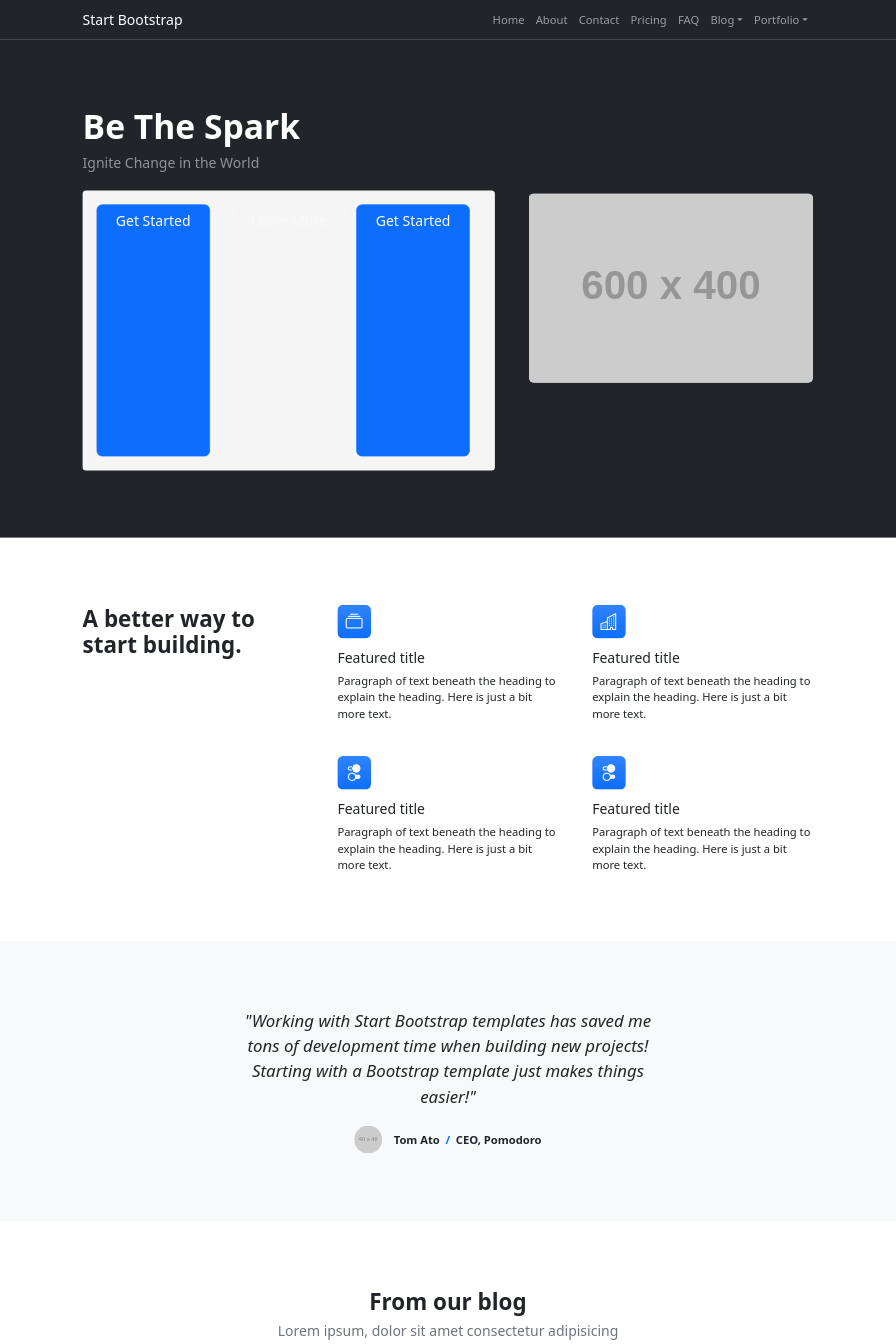
Repository: DragonFruit8/BeTheSpark
Page: index.html
An editor plug-in stored every save of this project. The page is shown before and after a run of saves, followed by the edit.
The browser window is 1280 px wide. The pictures show the part of the page from y = 0 to 1920 px (the page is 2912 px tall), at 70% of full size.

Above is the page before, as saved 2024-01-05 08:16:55.

### index.html
<!DOCTYPE html>
<html lang="en">
    <head>
        <meta charset="utf-8" />
        <meta name="viewport" content="width=device-width, initial-scale=1, shrink-to-fit=no" />
        <meta name="description" content="" />
        <meta name="author" content="" />
        <title>Modern Business - Start Bootstrap Template</title>
        <!-- Favicon-->
        <link rel="icon" type="image/x-icon" href="assets/favicon.ico" />
        <!-- Bootstrap icons-->
        <link href="https://cdn.jsdelivr.net/npm/bootstrap-icons@1.5.0/font/bootstrap-icons.css" rel="stylesheet" />
        <!-- Core theme CSS (includes Bootstrap)-->
        <link href="css/styles.css" rel="stylesheet" />
        <link href="css/home.css" rel="stylesheet" />
    </head>
    <body class="d-flex flex-column h-100">
        <main class="flex-shrink-0">
            <!-- Navigation-->
            <nav class="navbar navbar-expand-lg navbar-dark bg-dark">
                <div class="container px-5">
                    <a class="navbar-brand" href="index.html">Start Bootstrap</a>
                    <button class="navbar-toggler" type="button" data-bs-toggle="collapse" data-bs-target="#navbarSupportedContent" aria-controls="navbarSupportedContent" aria-expanded="false" aria-label="Toggle navigation"><span class="navbar-toggler-icon"></span></button>
                    <div class="collapse navbar-collapse" id="navbarSupportedContent">
                        <ul class="navbar-nav ms-auto mb-2 mb-lg-0">
                            <li class="nav-item"><a class="nav-link" href="index.html">Home</a></li>
                            <li class="nav-item"><a class="nav-link" href="about.html">About</a></li>
                            <li class="nav-item"><a class="nav-link" href="contact.html">Contact</a></li>
                            <li class="nav-item"><a class="nav-link" href="pricing.html">Pricing</a></li>
                            <li class="nav-item"><a class="nav-link" href="faq.html">FAQ</a></li>
                            <li class="nav-item dropdown">
                                <a class="nav-link dropdown-toggle" id="navbarDropdownBlog" href="#" role="button" data-bs-toggle="dropdown" aria-expanded="false">Blog</a>
                                <ul class="dropdown-menu dropdown-menu-end" aria-labelledby="navbarDropdownBlog">
                                    <li><a class="dropdown-item" href="blog-home.html">Blog Home</a></li>
                                    <li><a class="dropdown-item" href="blog-post.html">Blog Post</a></li>
                                </ul>
                            </li>
                            <li class="nav-item dropdown">
                                <a class="nav-link dropdown-toggle" id="navbarDropdownPortfolio" href="#" role="button" data-bs-toggle="dropdown" aria-expanded="false">Portfolio</a>
                                <ul class="dropdown-menu dropdown-menu-end" aria-labelledby="navbarDropdownPortfolio">
                                    <li><a class="dropdown-item" href="portfolio-overview.html">Portfolio Overview</a></li>
                                    <li><a class="dropdown-item" href="portfolio-item.html">Portfolio Item</a></li>
                                </ul>
                            </li>
                        </ul>
                    </div>
                </div>
            </nav>
            <!-- Header-->
            <header class="bg-dark py-5">
                <div class="container px-5">
                    <div class="row gx-5 align-items-center justify-content-center">
                        <div class="col-lg-8 col-xl-7 col-xxl-6">
                            <div class="my-5 text-center text-xl-start">
                                <h1 class="display-5 fw-bolder text-white mb-2">Be The Spark</h1>
                                <p class="lead fw-normal text-white-50 mb-4">Ignite Change in the World</p>
                                <div id="CTA" class="d-grid gap-3 d-sm-flex justify-content-sm-center justify-content-xl-start">
                                    <a class="btn btn-primary w-100 h-100 btn-lg px-4 me-sm-3" href="#features">Get Started</a>
                                    <a class="btn btn-outline-light w-100 h-100 btn-lg px-4" href="#!">Learn More</a>
                                    <a class="btn btn-primary btn-lg w-100 h-100 px-4 me-sm-3" href="#features">Get Started</a>
                                </div>
                            </div>
                        </div>
                        <div class="col-xl-5 col-xxl-6 d-none d-xl-block text-center"><img class="img-fluid rounded-3 my-5" src="https://dummyimage.com/600x400/343a40/6c757d" alt="..." /></div>
                    </div>
                </div>
            </header>
            <!-- Features section-->
            <section class="py-5" id="features">
                <div class="container px-5 my-5">
                    <div class="row gx-5">
                        <div class="col-lg-4 mb-5 mb-lg-0"><h2 class="fw-bolder mb-0">A better way to start building.</h2></div>
                        <div class="col-lg-8">
                            <div class="row gx-5 row-cols-1 row-cols-md-2">
                                <div class="col mb-5 h-100">
                                    <div class="feature bg-primary bg-gradient text-white rounded-3 mb-3"><i class="bi bi-collection"></i></div>
                                    <h2 class="h5">Featured title</h2>
                                    <p class="mb-0">Paragraph of text beneath the heading to explain the heading. Here is just a bit more text.</p>
                                </div>
                                <div class="col mb-5 h-100">
                                    <div class="feature bg-primary bg-gradient text-white rounded-3 mb-3"><i class="bi bi-building"></i></div>
                                    <h2 class="h5">Featured title</h2>
                                    <p class="mb-0">Paragraph of text beneath the heading to explain the heading. Here is just a bit more text.</p>
                                </div>
                                <div class="col mb-5 mb-md-0 h-100">
                                    <div class="feature bg-primary bg-gradient text-white rounded-3 mb-3"><i class="bi bi-toggles2"></i></div>
                                    <h2 class="h5">Featured title</h2>
                                    <p class="mb-0">Paragraph of text beneath the heading to explain the heading. Here is just a bit more text.</p>
                                </div>
                                <div class="col h-100">
                                    <div class="feature bg-primary bg-gradient text-white rounded-3 mb-3"><i class="bi bi-toggles2"></i></div>
                                    <h2 class="h5">Featured title</h2>
                                    <p class="mb-0">Paragraph of text beneath the heading to explain the heading. Here is just a bit more text.</p>
                                </div>
                            </div>
                        </div>
                    </div>
                </div>
            </section>
            <!-- Testimonial section-->
            <div class="py-5 bg-light">
                <div class="container px-5 my-5">
                    <div class="row gx-5 justify-content-center">
                        <div class="col-lg-10 col-xl-7">
                            <div class="text-center">
                                <div class="fs-4 mb-4 fst-italic">"Working with Start Bootstrap templates has saved me tons of development time when building new projects! Starting with a Bootstrap template just makes things easier!"</div>
                                <div class="d-flex align-items-center justify-content-center">
                                    <img class="rounded-circle me-3" src="https://dummyimage.com/40x40/ced4da/6c757d" alt="..." />
                                    <div class="fw-bold">
                                        Tom Ato
                                        <span class="fw-bold text-primary mx-1">/</span>
                                        CEO, Pomodoro
                                    </div>
                                </div>
                            </div>
                        </div>
                    </div>
                </div>
            </div>
            <!-- Blog preview section-->
            <section class="py-5">
                <div class="container px-5 my-5">
                    <div class="row gx-5 justify-content-center">
                        <div class="col-lg-8 col-xl-6">
                            <div class="text-center">
                                <h2 class="fw-bolder">From our blog</h2>
                                <p class="lead fw-normal text-muted mb-5">Lorem ipsum, dolor sit amet consectetur adipisicing elit. Eaque fugit ratione dicta mollitia. Officiis ad.</p>
                            </div>
                        </div>
                    </div>
                    <div class="row gx-5">
                        <div class="col-lg-4 mb-5">
                            <div class="card h-100 shadow border-0">
                                <img class="card-img-top" src="https://dummyimage.com/600x350/ced4da/6c757d" alt="..." />
                                <div class="card-body p-4">
                                    <div class="badge bg-primary bg-gradient rounded-pill mb-2">News</div>
                                    <a class="text-decoration-none link-dark stretched-link" href="#!"><h5 class="card-title mb-3">Blog post title</h5></a>
                                    <p class="card-text mb-0">Some quick example text to build on the card title and make up the bulk of the card's content.</p>
                                </div>
                                <div class="card-footer p-4 pt-0 bg-transparent border-top-0">
                                    <div class="d-flex align-items-end justify-content-between">
                                        <div class="d-flex align-items-center">
                                            <img class="rounded-circle me-3" src="https://dummyimage.com/40x40/ced4da/6c757d" alt="..." />
                                            <div class="small">
                                                <div class="fw-bold">Kelly Rowan</div>
                                                <div class="text-muted">March 12, 2023 &middot; 6 min read</div>
                                            </div>
                                        </div>
                                    </div>
                                </div>
                            </div>
                        </div>
                        <div class="col-lg-4 mb-5">
                            <div class="card h-100 shadow border-0">
                                <img class="card-img-top" src="https://dummyimage.com/600x350/adb5bd/495057" alt="..." />
                                <div class="card-body p-4">
                                    <div class="badge bg-primary bg-gradient rounded-pill mb-2">Media</div>
                                    <a class="text-decoration-none link-dark stretched-link" href="#!"><h5 class="card-title mb-3">Another blog post title</h5></a>
                                    <p class="card-text mb-0">This text is a bit longer to illustrate the adaptive height of each card. Some quick example text to build on the card title and make up the bulk of the card's content.</p>
                                </div>
                                <div class="card-footer p-4 pt-0 bg-transparent border-top-0">
                                    <div class="d-flex align-items-end justify-content-between">
                                        <div class="d-flex align-items-center">
                                            <img class="rounded-circle me-3" src="https://dummyimage.com/40x40/ced4da/6c757d" alt="..." />
                                            <div class="small">
                                                <div class="fw-bold">Josiah Barclay</div>
                                                <div class="text-muted">March 23, 2023 &middot; 4 min read</div>
                                            </div>
                                        </div>
                                    </div>
                                </div>
                            </div>
                        </div>
                        <div class="col-lg-4 mb-5">
                            <div class="card h-100 shadow border-0">
                                <img class="card-img-top" src="https://dummyimage.com/600x350/6c757d/343a40" alt="..." />
                                <div class="card-body p-4">
                                    <div class="badge bg-primary bg-gradient rounded-pill mb-2">News</div>
                                    <a class="text-decoration-none link-dark stretched-link" href="#!"><h5 class="card-title mb-3">The last blog post title is a little bit longer than the others</h5></a>
                                    <p class="card-text mb-0">Some more quick example text to build on the card title and make up the bulk of the card's content.</p>
                                </div>
                                <div class="card-footer p-4 pt-0 bg-transparent border-top-0">
                                    <div class="d-flex align-items-end justify-content-between">
                                        <div class="d-flex align-items-center">
                                            <img class="rounded-circle me-3" src="https://dummyimage.com/40x40/ced4da/6c757d" alt="..." />
                                            <div class="small">
                                                <div class="fw-bold">Evelyn Martinez</div>
                                                <div class="text-muted">April 2, 2023 &middot; 10 min read</div>
                                            </div>
                                        </div>
                                    </div>
                                </div>
                            </div>
                        </div>
                    </div>
                    <!-- Call to action-->
                    <aside class="bg-primary bg-gradient rounded-3 p-4 p-sm-5 mt-5">
                        <div class="d-flex align-items-center justify-content-between flex-column flex-xl-row text-center text-xl-start">
                            <div class="mb-4 mb-xl-0">
                                <div class="fs-3 fw-bold text-white">New products, delivered to you.</div>
                                <div class="text-white-50">Sign up for our newsletter for the latest updates.</div>
                            </div>
                            <div class="ms-xl-4">
                                <div class="input-group mb-2">
                                    <input class="form-control" type="text" placeholder="Email address..." aria-label="Email address..." aria-describedby="button-newsletter" />
                                    <button class="btn btn-outline-light" id="button-newsletter" type="button">Sign up</button>
                                </div>
                                <div class="small text-white-50">We care about privacy, and will never share your data.</div>
                            </div>
                        </div>
                    </aside>
                </div>
            </section>
        </main>
        <!-- Footer-->
        <footer class="bg-dark py-4 mt-auto">
            <div class="container px-5">
                <div class="row align-items-center justify-content-between flex-column flex-sm-row">
                    <div class="col-auto"><div class="small m-0 text-white">Copyright &copy; Your Website 2023</div></div>
                    <div class="col-auto">
                        <a class="link-light small" href="#!">Privacy</a>
                        <span class="text-white mx-1">&middot;</span>
                        <a class="link-light small" href="#!">Terms</a>
                        <span class="text-white mx-1">&middot;</span>
                        <a class="link-light small" href="#!">Contact</a>
                    </div>
                </div>
            </div>
        </footer>
        <!-- Bootstrap core JS-->
        <script src="https://cdn.jsdelivr.net/npm/bootstrap@5.2.3/dist/js/bootstrap.bundle.min.js"></script>
        <!-- Core theme JS-->
        <script src="js/scripts.js"></script>
    </body>
</html>

### css/home.css
#CTA{
    height:400px;
    background-color: #f5f5f5;
    padding: 20px;
    margin-top: 20px;
    margin-bottom: 20px;
    border-radius: 5px;
}

Loaded but not shown: css/styles.css (library); js/scripts.js (common file)

After the next 3 saves:
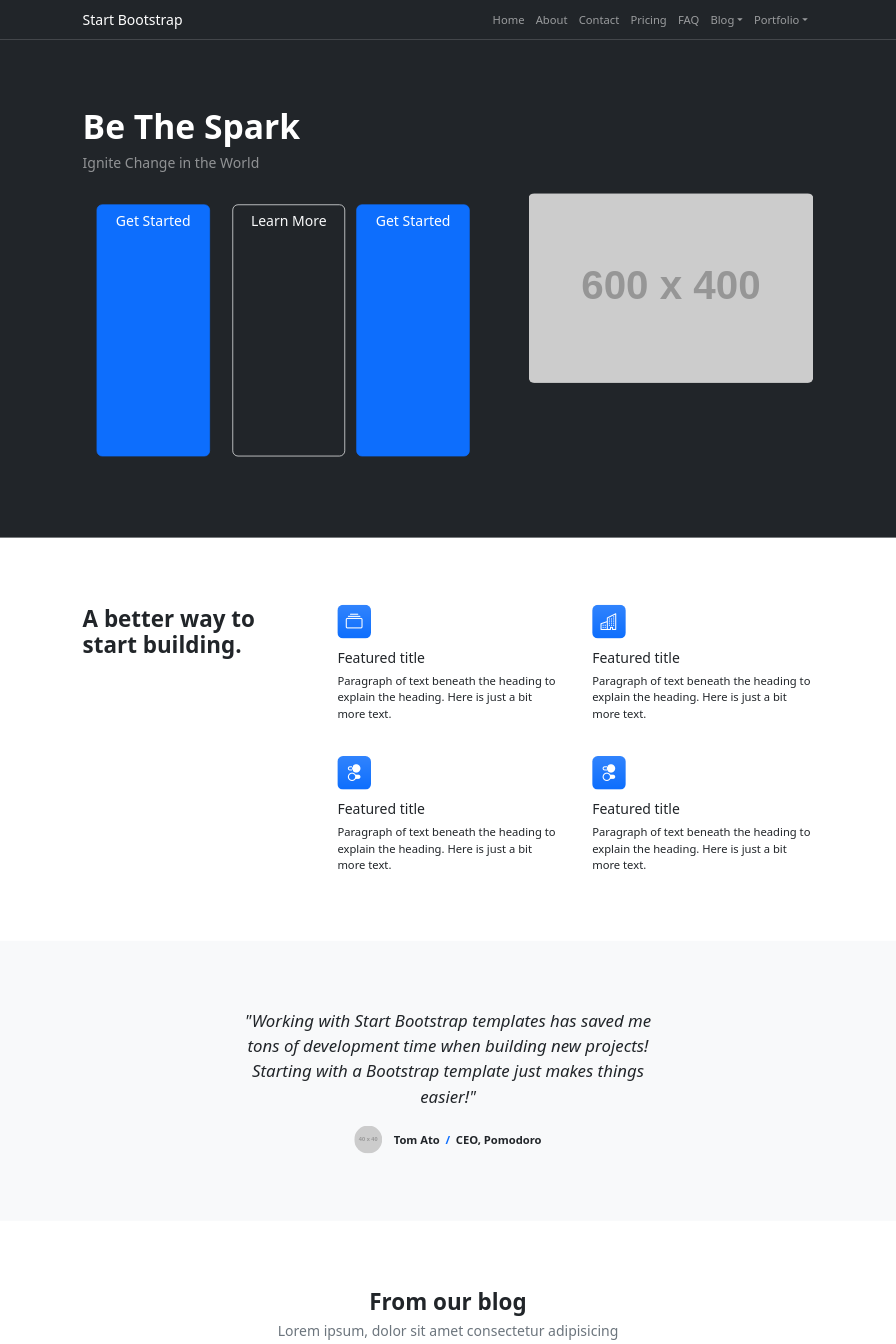
The 3 saves are shown as one change because they came seconds apart.
The last was saved 9 s later.
--- a/css/home.css
+++ b/css/home.css
@@ -1,6 +1,5 @@
 #CTA{
     height:400px;
-    background-color: #f5f5f5;
     padding: 20px;
     margin-top: 20px;
     margin-bottom: 20px;
